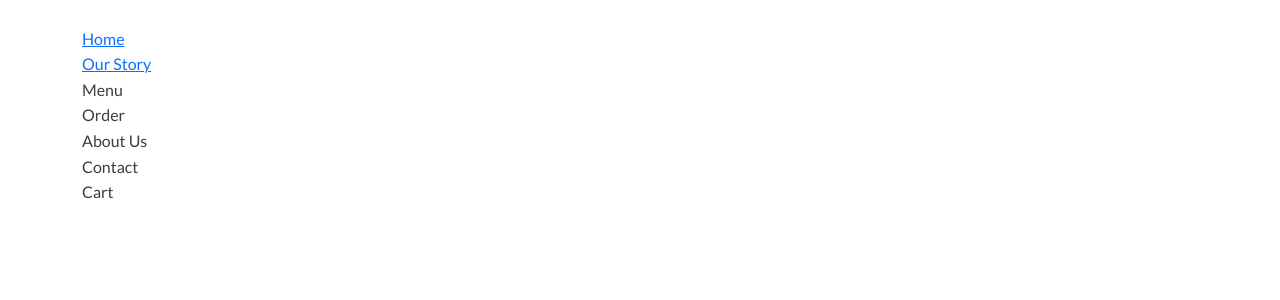
Repository: kuluong2000/coffe
Page: index.html
The author's editor kept a copy of each file at every save. The page is drawn from the files as they stood at one save, then again after the next save.
The browser window is 1280 px wide. The pictures show the whole page.

Above is the page before, as saved 2021-10-01 14:46:09.

### index.html
<!DOCTYPE html>
<html lang="en">
  <head>
    <meta charset="UTF-8" />
    <meta http-equiv="X-UA-Compatible" content="IE=edge" />
    <meta name="viewport" content="width=device-width, initial-scale=1.0" />
    <link rel="stylesheet" href="./libs/css/bootstrap.min.css" />
    <link rel="stylesheet" href="./libs/css/animate.css" />
    <link rel="stylesheet" href="./libs/css/slick-theme.css" />
    <link rel="stylesheet" href="./libs/css/slick.css" />
    <link rel="stylesheet" href="./Assets/css/reset.css" />
    <link rel="stylesheet" href="./Assets/css/style.css" />
    <link rel="stylesheet" href="./Assets/css/responsive.css" />
    <title>Document</title>
  </head>
  <body>
    <header class="header">
      <div class="container">
        <div class="row">
          <div class="header-main">
            <div class="header-menu">
              <img src="./Assets/image/logo.png" alt="" srcset="" />
            </div>
            <nav>
              <ul class="header-menu">
                <li class="header-menu-item"><a href="#" class="header-menu-link">Home</a></li>
                <li class="header-menu-item"><a href="#" class="header-menu-link">Our Story</a></li>
                <li class="header-menu-item"><a href="#" class="header-menu-link"></a>Menu</li>
                <li class="header-menu-item"><a href="#" class="header-menu-link"></a>Order</li>
                <li class="header-menu-item"><a href="#" class="header-menu-link"></a>About Us</li>
                <li class="header-menu-item"><a href="#" class="header-menu-link"></a>Contact</li>
                <li class="header-menu-item"><a href="#" class="header-menu-link"></a>Cart</li>
              </ul>
            </nav>
          </div>
        </div>
      </div>
    </header>
    <main>
      <section class="banner">
        <div class="container">
          <div class="row">
            <div class="banner-main"></div>
          </div>
        </div>
      </section>
    </main>

    <script src="./libs/Js/jquery-3.5.1.slim.min.js"></script>
    <script src="./libs/Js/bootstrap.min.js"></script>
    <script src="./libs/Js/slick.min.js"></script>
    <script src="./libs/Js/wow.js"></script>
  </body>
</html>

### Assets/css/reset.css
html, body, div, span, applet, object, iframe,
h1, h2, h3, h4, h5, h6, p, blockquote, pre,
a, abbr, acronym, address, big, cite, code,
del, dfn, em, img, ins, kbd, q, s, samp,
small, strike, strong, sub, sup, tt, var,
b, u, i, center,
dl, dt, dd, ol, ul, li,
fieldset, form, label, legend,
table, caption, tbody, tfoot, thead, tr, th, td,
article, aside, canvas, details, embed,
figure, figcaption, footer, header, hgroup,
menu, nav, output, ruby, section, summary,
time, mark, audio, video {
	margin: 0;
	padding: 0;
	border: 0;
	font-size: 100%;
	vertical-align: baseline;
}
/* HTML5 display-role reset for older browsers */
article, aside, details, figcaption, figure,
footer, header, hgroup, menu, nav, section {
	display: block;
}
* {
	box-sizing: border-box;
}
body {
	line-height: 1;
  font-family: 'Muli', sans-serif;


  font-style: normal;
  font-weight: normal;
  font-size: 16px;
  line-height: 32px;
}
ol, ul {
	list-style: none;
}
blockquote, q {
	quotes: none;
}
blockquote:before, blockquote:after,
q:before, q:after {
	content: '';
	content: none;
}
table {
	border-collapse: collapse;
	border-spacing: 0;
}

img {
  max-width: 100%;
	vertical-align: bottom;
}
a {
	outline: none;
}

### Assets/css/style.css
@import url('https://fonts.googleapis.com/css2?family=Lato:ital,wght@0,400;0,700;0,900;1,300;1,400;1,700;1,900&display=swap');
body{
    font-family: 'Lato', sans-serif;
    font-size: 16px;
    line-height: 1.6;
    color: #3d3d3d;
    font-weight: 400;
}

### Assets/css/responsive.css
@media (min-width:1400px){
    .container{
        max-width: 1170px;
    }
}

Loaded but not shown: libs/css/bootstrap.min.css (library); libs/css/animate.css (library); libs/css/slick-theme.css (library); libs/css/slick.css (common file); libs/Js/jquery-3.5.1.slim.min.js (library); libs/Js/bootstrap.min.js (library); libs/Js/slick.min.js (library); libs/Js/wow.js (library)

After the next save:
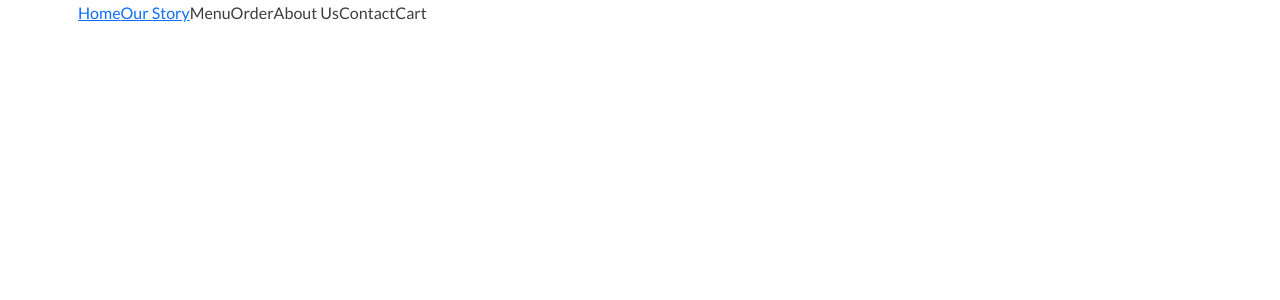
Saved 31 s later.
--- a/Assets/css/style.css
+++ b/Assets/css/style.css
@@ -6,3 +6,16 @@ body{
     color: #3d3d3d;
     font-weight: 400;
 }
+.header{
+    position: absolute;
+}
+.header-main{
+    display:flex;
+    justify-content: space-between;
+    align-items: center;
+}
+.header-menu{
+    display:flex;
+    justify-content: space-between;
+    align-items: center;
+}
